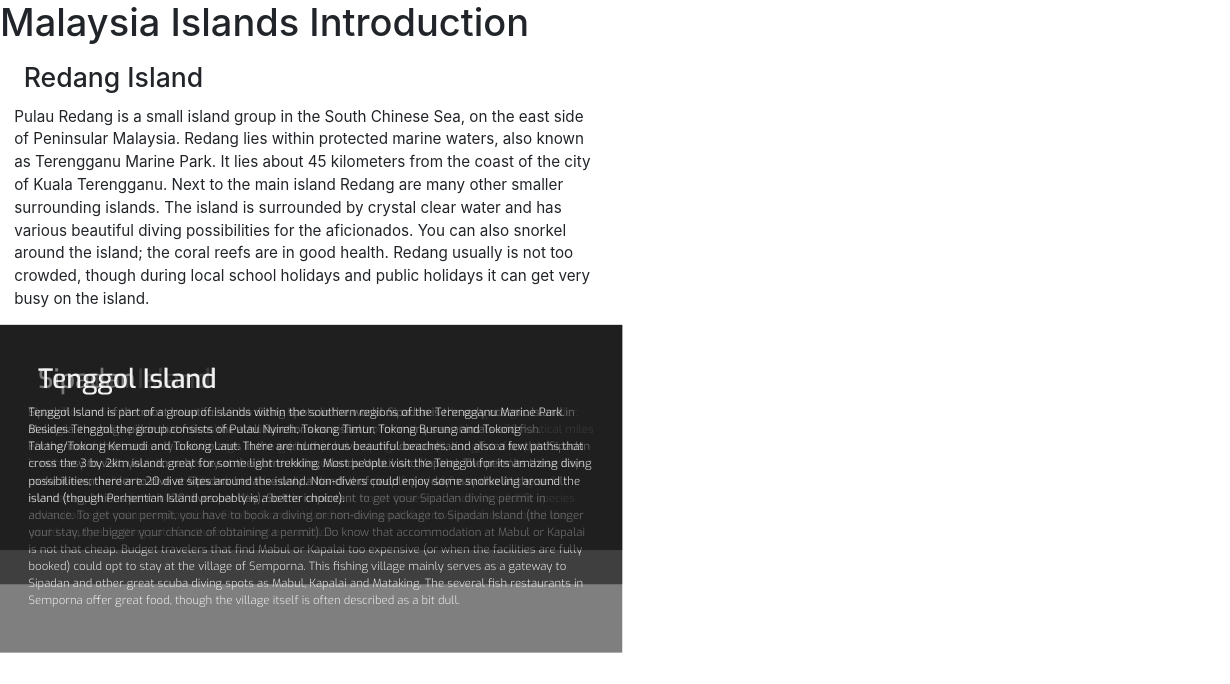
Repository: Code-Institute-Submissions/cathyann-diving.github.io
Page: islandsintro.html
The author's editor kept a record of every edit. The page is drawn from the files as they stood at one moment, then again after the next edit.
The browser window is 1280 px wide. The page is 1295 px wide, so the pictures cover 1295 px, including what lies to the right of the window. The pictures show the whole page, at 95% of full size.

Above is the page before.

### islandsintro.html
<!DOCTYPE html>
<html lang="en">

<head>
    <meta charset="UTF-8">
    <meta name="viewport" content="width=device-width, initial-scale=1.0">
    <meta http-equiv="X-UA-Compatible" content="ie=edge">
    <link rel="stylesheet" href="https://stackpath.bootstrapcdn.com/bootstrap/4.3.1/css/bootstrap.min.css" type="text/css">
    <link rel="stylesheet" href="https://stackpath.bootstrapcdn.com/font-awesome/4.7.0/css/font-awesome.min.css" type="text/css">
    <link rel="stylesheet" href="https://cdnjs.cloudflare.com/ajax/libs/hover.css/2.3.1/css/hover-min.css" type="text/css">
    <link rel="stylesheet" href="assets/css/style.css" type="text/css">
    <title>Diving</title>
</head>

<body>
    <h1>Malaysia Islands Introduction</h1>
    <div class="row">
        <div class="container">
            <div class="contents col-12 col-sm-6 col-lg-6">
                <h3>Redang Island</h3>
                <p>
                    Pulau Redang is a small island group in the South Chinese Sea, on the east side of Peninsular Malaysia. Redang lies within protected marine waters, also known as Terengganu Marine Park. It lies about 45 kilometers from the coast of the city of Kuala Terengganu.
                    Next to the main island Redang are many other smaller surrounding islands. The island is surrounded by crystal clear water and has various beautiful diving possibilities for the aficionados. You can also snorkel around the island;
                    the coral reefs are in good health. Redang usually is not too crowded, though during local school holidays and public holidays it can get very busy on the island.
                </p>
            </div>
        </div>
        <div class="container">
            <div class="content col-12 col-sm-6 col-lg-6">
                <h3>Tioman Island</h3>
                <p>
                    Pulau Tioman is a duty-free island off Peninsular Malaysia's east coast, acclaimed as a geological wonder, ecological paradise and one of Southeast Asia's most beautiful travel destinations. Located 32 nautical miles off the mainland, but connected through
                    Mersing (Johor) and Tanjung Gemuk (Pahang) via ferry, the island continues to enchant visitors with its warm beaches, lovely seas and lush greenery. Gazetted as a marine park, the immediate waters are abundant with coral reefs and
                    marine life - ideal for scuba diving and snorkelling. Much of the island is covered by pristine rainforest, home to several endemic wildlife species and suitable for nature explorations. Finally, Tioman Island attracts youthful travellers
                    from around the world - truly a melting pot of cultures to meet on vacation.
                </p>
            </div>
        </div>
        <div class="container">
            <div class="content col-12 col-sm-6 col-lg-6">
                <h3>Sipadan Island</h3>
                <p>
                    Sipadan is one of the most beautiful scuba diving spots in the world. Sipadan is the only oceanic island in Malaysia, the huge pillar that forms the atoll functions as a shelter for many sea animals and fish. Furthermore there are only a few places in
                    the world that have such a concentration of sea turtles. Sipadan is not easy to visit; you can only stay at the surrounding islands Mabul and Kapalai. The permits these days make it even harder to dive at Sipadan; because only a handful
                    of people per day may dive at the small island (regulations permit 120 dives per day). So it is important to get your Sipadan diving permit in advance. To get your permit, you have to book a diving or non-diving package to Sipadan
                    Island (the longer your stay, the bigger your chance of obtaining a permit). Do know that accommodation at Mabul or Kapalai is not that cheap. Budget travelers that find Mabul or Kapalai too expensive (or when the facilities are fully
                    booked) could opt to stay at the village of Semporna. This fishing village mainly serves as a gateway to Sipadan and other great scuba diving spots as Mabul, Kapalai and Mataking. The several fish restaurants in Semporna offer great
                    food, though the village itself is often described as a bit dull.
                </p>
            </div>
        </div>
        <div class="container">
            <div class="content col-12 col-sm-6 col-lg-6">
                <h3>Tenggol Island</h3>
                <p>
                    Tenggol Island is part of a group of islands within the southern regions of the Terengganu Marine Park. Besides Tenggol the group consists of Pulau Nyireh, Tokong Timur, Tokong Burung and Tokong Talang/Tokong Kemudi and Tokong Laut. There are numerous
                    beautiful beaches, and also a few paths that cross the 3 by 2km island; great for some light trekking. Most people visit the Tenggol for its amazing diving possibilities; there are 20 dive sites around the island. Non-divers could
                    enjoy some snorkeling around the island (though Perhentian Island probably is a better choice).
                </p>
            </div>
        </div>
    </div>

</body>

</html>

### assets/css/style.css
@import url('https://fonts.googleapis.com/css?family=Roboto:100,200,300,400,500,600,700|Exo:100,200,300,400,500,600,700');

/*--------------------------------------------bg image */

.bg-landing {
    position: fixed;
    background-image: url("../images/jellyfish.jpg");
    display: inline-block;
    background-position: center;
    background-repeat: no-repeat;
    background-size: cover;
    height: 100%;
    width: 100%;
    transition: all .5s ease-in-out;
    -moz-transition: all .5s ease-in-out;
    -webkit-transition: all .5s ease-in-out;
}

.bg-home {
    position: fixed;
    background-image: url("../images/diver.jpg");
    display: inline-block;
    background-position: center;
    background-repeat: no-repeat;
    background-size: cover;
    height: 100%;
    width: 100%;
    transition: all .5s ease-in-out;
    -moz-transition: all .5s ease-in-out;
    -webkit-transition: all .5s ease-in-out;
}

.bg-islands {
    position: fixed;
    background-image: url("../images/beach.jpg");
    display: inline-block;
    background-position: center;
    background-repeat: no-repeat;
    background-size: cover;
    height: 100%;
    width: 100%;
    transition: all .5s ease-in-out;
    -moz-transition: all .5s ease-in-out;
    -webkit-transition: all .5s ease-in-out;
}

.bg-services {
    position: fixed;
    background-image: url("../images/nemo.jpg");
    display: inline-block;
    background-position: center;
    background-repeat: no-repeat;
    background-size: cover;
    height: 100%;
    width: 100%;
    transition: all .5s ease-in-out;
    -moz-transition: all .5s ease-in-out;
    -webkit-transition: all .5s ease-in-out;
}

.bg-contact {
    position: fixed;
    background-image: url("../images/sea.jpg");
    display: inline-block;
    background-position: center;
    background-repeat: no-repeat;
    background-size: cover;
    height: 100%;
    width: 100%;
    transition: all .5s ease-in-out;
    -moz-transition: all .5s ease-in-out;
    -webkit-transition: all .5s ease-in-out;
}

/*--------------------------------------------btn */

.btn {
    position: absolute;
    top: 50%;
    left: 50%;
    transform: translate(-50%, -50%);
    -ms-transform: translate(-50%, -50%);
    background-color: #6495ed;
    color: #00008B;
    font-size: 16px;
    font-family: "Roboto", sans-serif;
    font-weight: 400;
    padding: 10px 30px;
    border: none;
    border-radius: 5px;
    text-align: center;
}

.btn span {
    display: inline-block;
    position: relative;
    transition: 0.5s;
}

.btn span:after {
    content: '\00bb';
    position: absolute;
    opacity: 0;
    top: 0;
    right: -20px;
    transition: 0.5s;
}

.btn:hover span {
    padding-right: 25px;
}

.btn:hover span:after {
    opacity: 1;
    right: 0;
}

.button {
    margin-top: 5px;
    margin-bottom: 10px;
    color: #00008B;
    background-color: #4682B4;
    padding: 5px 10px;
    border: none;
    font-family: "EXO", sans-serif;
}

.button a {
    text-decoration: none;
}

/*--------------------------------------------navbar */

.navbar {
    background-color: #4682B4;
    top: 0;
    width: 100%;
    padding: 0px;
}

.navbar a {
    display: block;
    color: #fff;
    text-align: center;
    padding: 10px 18px;
    text-decoration: none;
    font-size: 12px;
}

#nav li {
    font-size: 12px;
    padding: 0;
}

#nav {
    margin: 0;
}

.menuitem span {
    display: block;
    width: 100%;
    padding-top: 5px;
    text-align: center;
    text-transform: uppercase;
    font-family: "Roboto", sans-serif;
    font-size: 12px;
    font-weight: 300;
    letter-spacing: 2px;
}

.list-inline-item:not(:last-child) {
    margin: 0;
}

.menucontainer {
    font-size: 0;
}

/*--------------------------------------------Hover.css*/

.hvr-sweep-to-bottom:before {
    background: #008B8B;
    height: 100%;
    color: black;
}


/*--------------------------------------------Content */

.container {
    position: relative;
    max-width: 100%;
    margin: auto;
    height: 50%;
}


.container .content {
    position: absolute;
    background: rgb(0, 0, 0, 0.5);
    color: #f1f1f1;
    font-family: "EXO", sans-serif;
    font-size: 12px;
    font-weight: 300;
    padding: 30px;
}

.islands-intro {
    position: relative;
    margin: auto;
    max-width: 80%;
    color: #fff;
}

.islands-intro .contents {
    background: rgb(0, 0, 0, 0.5);
    color: #f1f1f1;
    font-family: "EXO", sans-serif;
    font-size: 12px;
    font-weight: 300;
    padding: 20px;
    text-align: justify;
}

.dive-center {
    position: relative;
    max-width: 50%;
    margin: 20px;
    background: rgb(0, 0, 0, 0.5);
    color: #f1f1f1;
    font-family: "EXO", sans-serif;
    font-size: 12px;
    font-weight: 300;
    padding: 20px;
    text-align: left;
}


/*--------------------------------------------Contact Form */

h3 {
    margin: 10px;
}

.contact-heading {
    font-family: "Exo", sans-serif;
    font-weight: 300;
    color: #fff;
}

.center-form {
    padding: 10px;
    margin: 0 auto;
    max-width: 40%;
}

button[type="submit"] {
    margin-top: 30px;
    margin-bottom: 20px;
    color: #fafafa;
    background-color: #4682B4;
}

.form-control {
    border: 1px solid black;
    font-family: inherit;
    background-color: #B0C4DE;
}


.social-links {
    position: relative;
    padding-bottom: 10px;
}

.social-links li a i {
    width: 32px;
    height: 32px;
    padding: 10px 0;
    border-radius: 50%;
    font-size: 13px;
    line-height: 7px;
    text-align: center;
    color: #fafafa;
    background: #8f8f8f;
    transition: all 0.35s ease-in-out;
    -moz-transition: all 0.35s ease-in-out;
    -webkit-transition: all 0.35s ease-in-out;
    -o-transition: all 0.35s ease-in-out;
}

.social-links li a i:hover {
    background: #e84610;
}

.uppercase {
    text-transform: uppercase;
}

.list-inline {
    text-align: center;
}

/*--------------------------------------------islands heading */

.islands-intro {
    padding: 30px;
}



/*--------------------------------------------media */

@media(max-width: 576px) {
    .dive-center {
        max-width: 100%;
    }

    .center-form {
        padding: 10px;
        margin: 0 auto;
        max-width: 70%;
    }

    .container-contact {
        height: 80%;
        width: 80%;
    }
}

}

After the next edit:
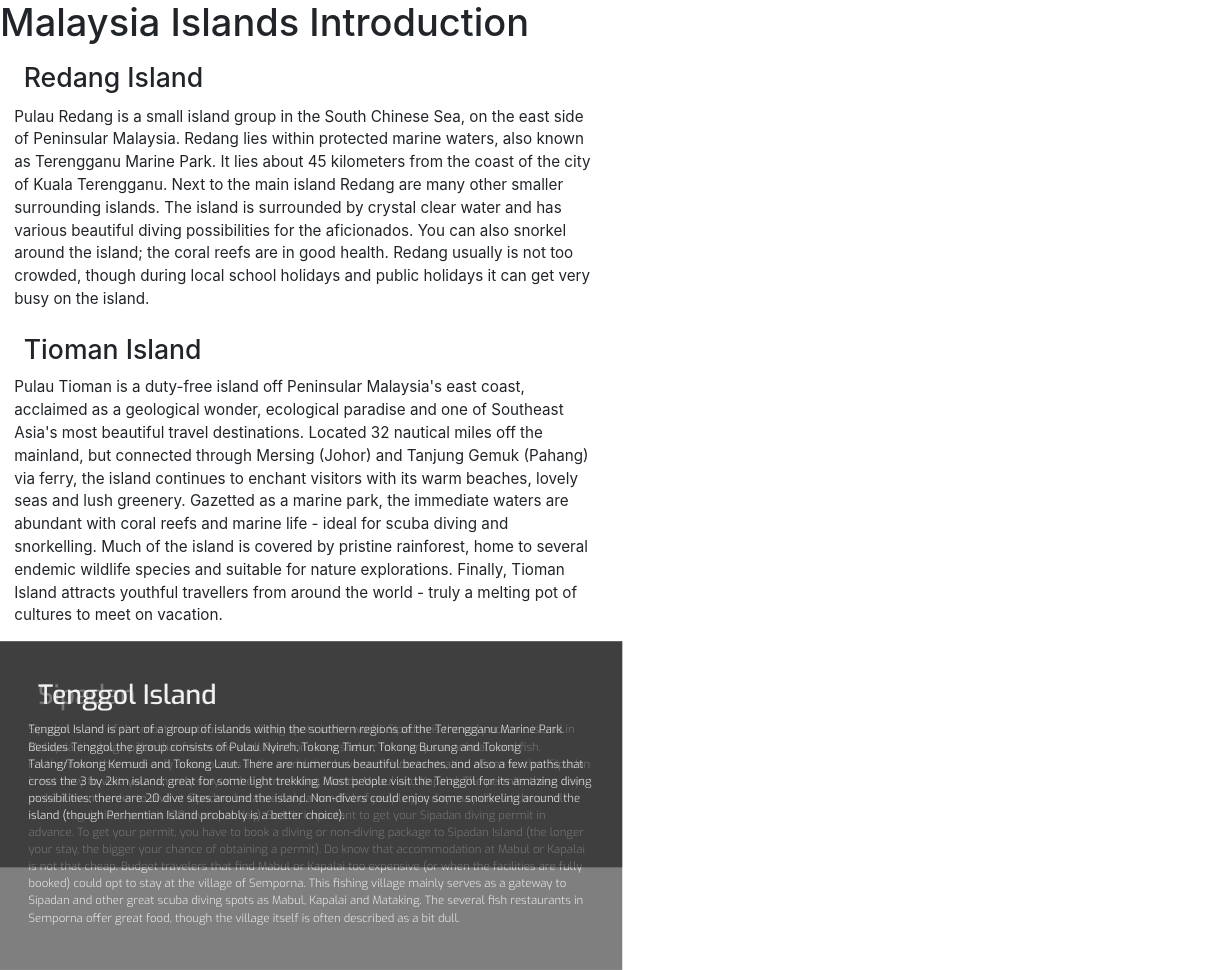
The edit:
--- a/islandsintro.html
+++ b/islandsintro.html
@@ -26,7 +26,7 @@
             </div>
         </div>
         <div class="container">
-            <div class="content col-12 col-sm-6 col-lg-6">
+            <div class="contents col-12 col-sm-6 col-lg-6">
                 <h3>Tioman Island</h3>
                 <p>
                     Pulau Tioman is a duty-free island off Peninsular Malaysia's east coast, acclaimed as a geological wonder, ecological paradise and one of Southeast Asia's most beautiful travel destinations. Located 32 nautical miles off the mainland, but connected through
